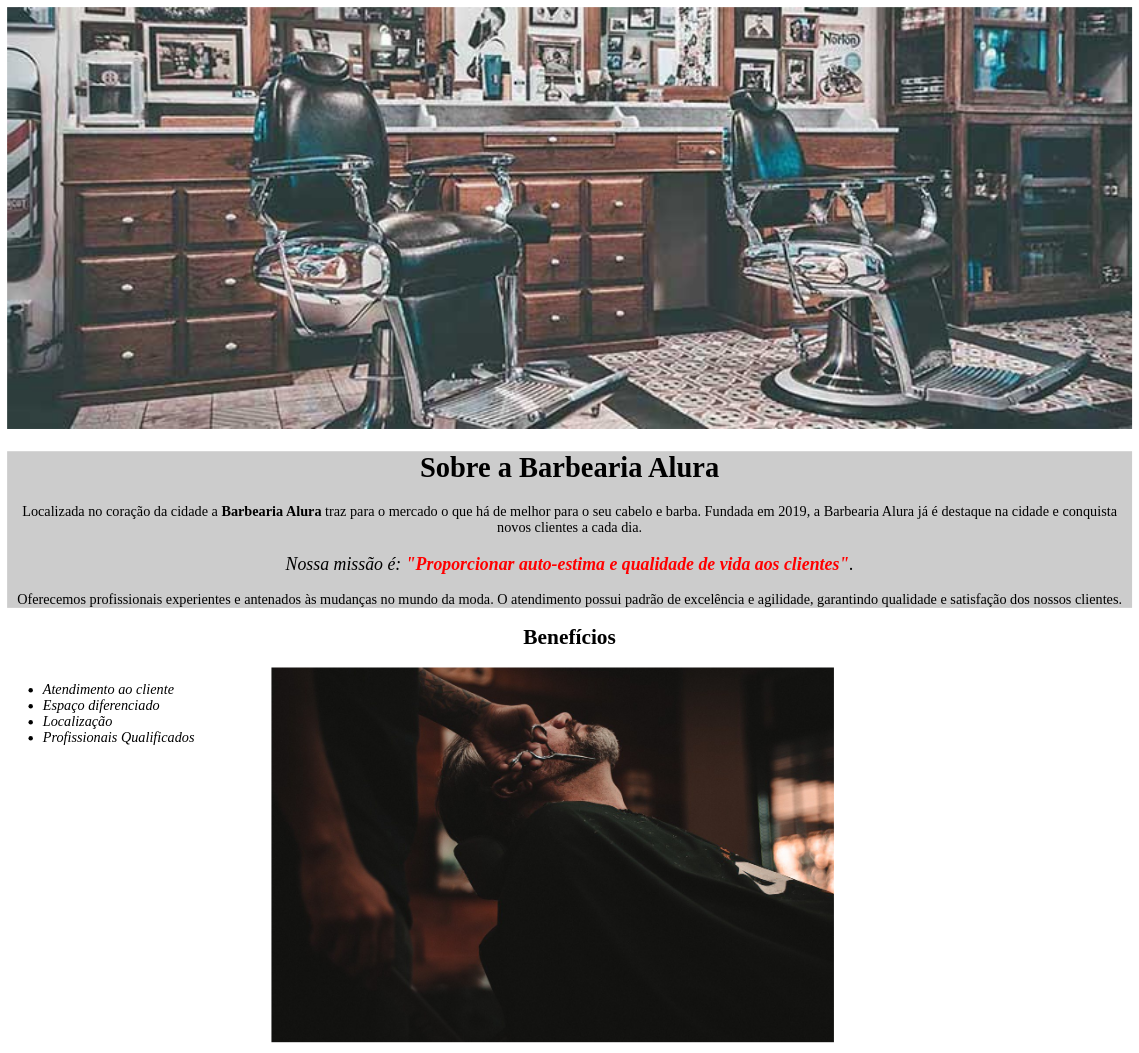
Repository: RenatoCCS/Barbearia_Alura
Page: index.html
The author's editor kept a copy of each file at every save. The page is drawn from the files as they stood at one save, then again after the next save.
The browser window is 1280 px wide. The pictures show the whole page, at 89% of full size.

Above is the page before, as saved 2022-10-17 21:24:40.

After the next save:
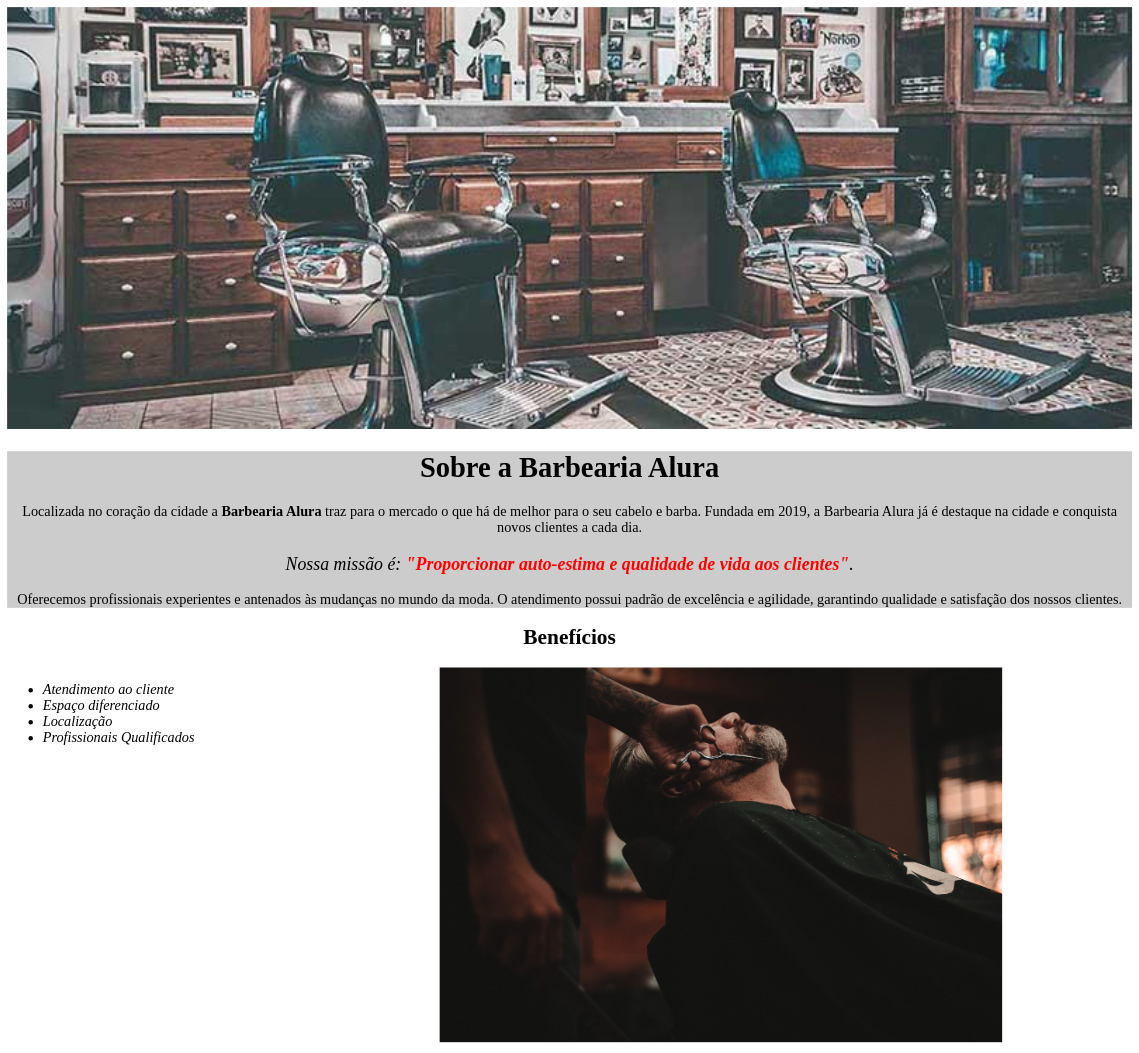
Saved 20 s later.
--- a/style.css
+++ b/style.css
@@ -41,6 +41,7 @@ ul {
   display: inline-block;
   vertical-align: top;
   width: 20%;
+  margin-right: 15%;
 }
 
 .imagembeneficios {
